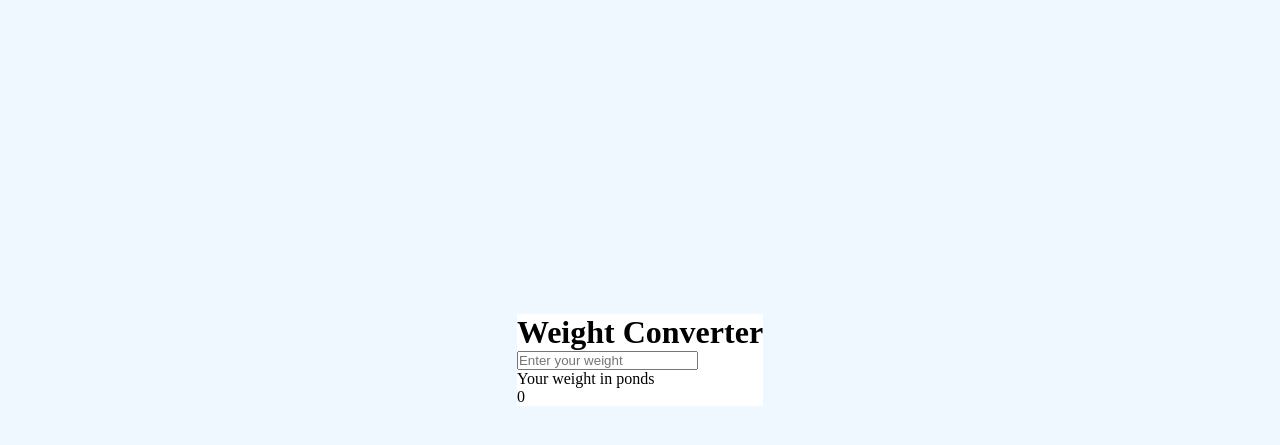
Repository: JunaidAnsari202/Weight-Converter
Page: index.html
An editor plug-in stored every save of this project. The page is shown before and after a run of saves, followed by the edit.
The browser window is 1280 px wide. The pictures show the whole page.

Above is the page before, as saved 2024-10-16 10:00:24.

### index.html
<!DOCTYPE html>
<html lang="en">
<head>
    <meta charset="UTF-8">
    <meta name="viewport" content="width=device-width, initial-scale=1.0">
    <title>Weight converter</title>
    <link rel="stylesheet" href="style.css">
</head>
<body>
 <div class="container">
    <div class="header">
        <h1>Weight Converter</h1>
    </div>
    <div class="input">
        <label for="input" id="input-label"></label>
        <input type="text" id="input" placeholder="Enter your weight">
    </div>
    <div class="output">
        Your weight in ponds <p id="output">0</p>
    </div>

 </div>

    <script src="script.js"></script>
</body>
</html>

### style.css
*{
    margin: 0;
    padding: 0;
    box-sizing: border-box;
}
body{
    background-color: aliceblue;
    display: flex;
    justify-content: center;
    align-items: center;
    height: 100vh;
}

.container{
    background-color: white;
    width: ;
}

Loaded but not shown: script.js (no stored copy; drawn as an empty file)

After the next 5 saves:
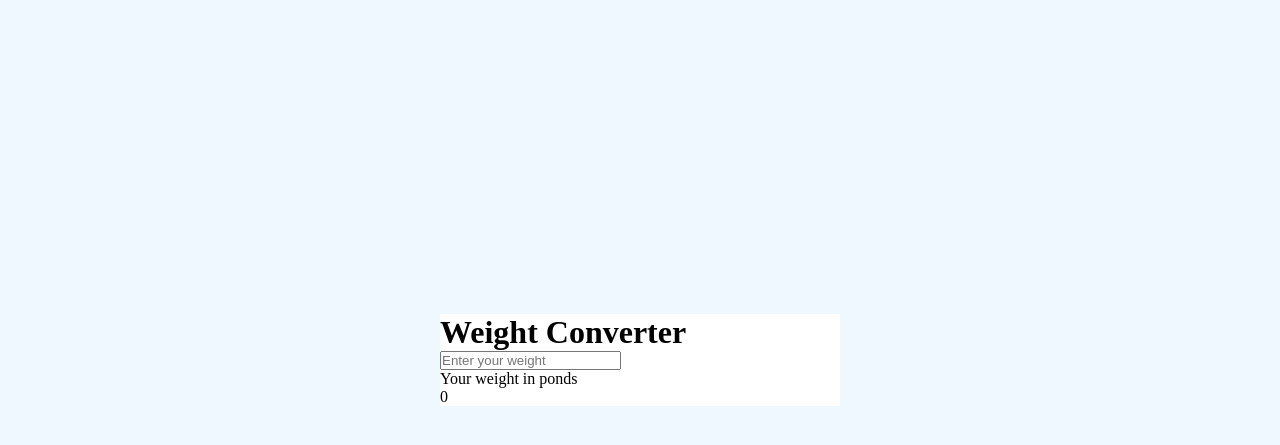
The 5 saves are shown as one change because they came seconds apart.
The last was saved 10 s later.
--- a/style.css
+++ b/style.css
@@ -13,5 +13,6 @@
 
 .container{
     background-color: white;
-    width: ;
+    width: 400px;
+    border-radius: ;
 }
